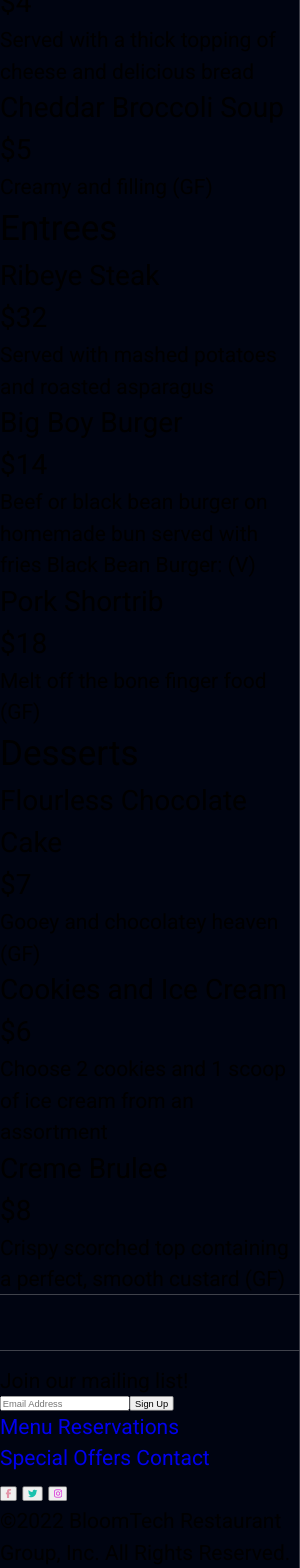
Repository: yoshimario/web-sprint-challenge-user-interface-responsive-design
Page: menu.html
The author's editor kept a copy of each file at every save. The page is drawn from the files as they stood at one save, then again after a run of saves.
The browser window is 375 px wide. The page is 428 px wide, so the pictures cover 428 px, including what lies to the right of the window. The pictures show the part of the page from y = 3176 to 5416 px (the page is 5416 px tall), at 70% of full size.
Some web libraries are served in a nearby version.

Above is the page before, as saved 2023-06-14 22:53:57.

After the next 2 saves:
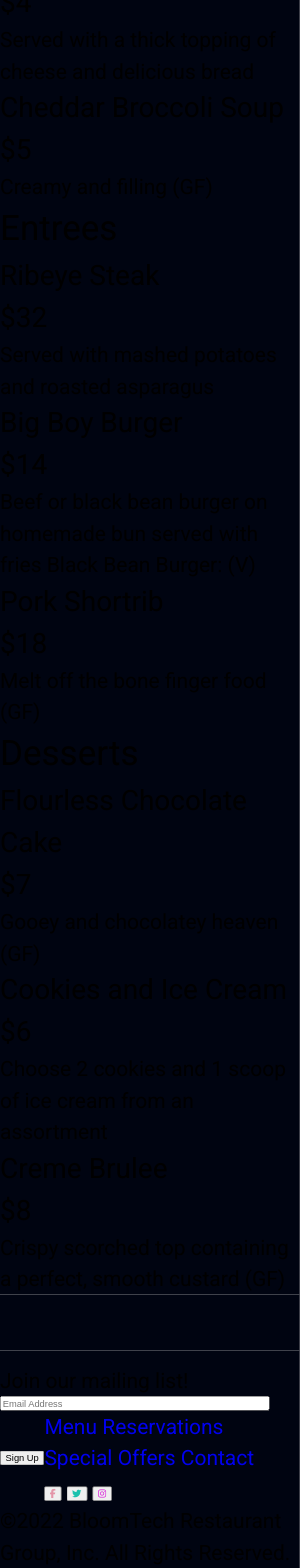
The 2 saves are shown as one change because they came seconds apart.
The last was saved 13 s later.
--- a/css/menu.css
+++ b/css/menu.css
@@ -307,19 +307,26 @@ footer {
         footer nav {
             width: 75%;
         }
+
         .footerStyling {
             flex-direction: column;
             align-items: center;
         }
-        .footerStyling div{
+
+        .footerStyling div {
             width: 100%;
             max-width: 100%;
             flex-direction: column;
             align-items: center;
         }
 
-        .footerStyling div h3{
-           margin: 2% 0;
+        .footerStyling div h3 {
+            margin: 2% 0;
+        }
+
+        footer input {
+            width: 90%;
+            margin: 0;
         }
 
         #copyright {
